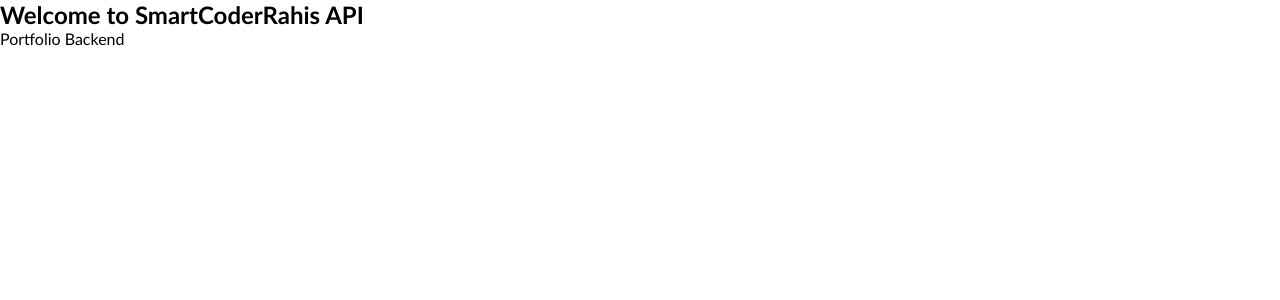
Repository: Rahis16/next_portfolio
Page: django_backend/portfolio/portfolioApp/templates/index.html
These files come from the project's save history. The page is drawn as it stood at one moment and after the next save; the edit follows.
The browser window is 1280 px wide. The pictures show the whole page.

Above is the page before, as saved 2025-06-25 13:12:50.

After the next save:
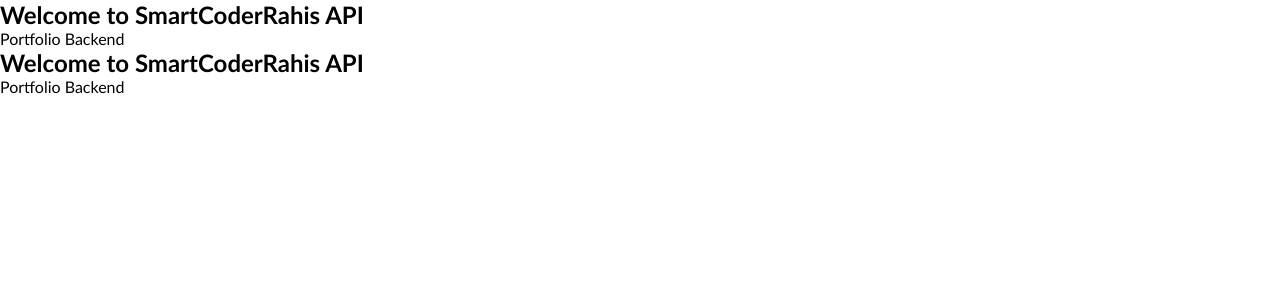
Saved 7 s later.
--- a/django_backend/portfolio/portfolioApp/templates/index.html
+++ b/django_backend/portfolio/portfolioApp/templates/index.html
@@ -1,3 +1,29 @@
+<!DOCTYPE html>
+<html lang="en">
+<head>
+    <meta charset="UTF-8">
+    <meta name="viewport" content="width=device-width, initial-scale=1.0">
+    <title>Document</title>
+    <style>
+        *{
+            padding: 0;
+            margin: 0;
+            box-sizing: border-box;
+            font-family: 'Gill Sans', 'Gill Sans MT', Calibri, 'Trebuchet MS', sans-serif;
+        }
+
+        body{
+
+        }
+    </style>
+</head>
+<body>
+    <section class="home">
+        <h1>Welcome to SmartCoderRahis API</h1>
+        <p>Portfolio Backend</p>
+    </section>
+</body>
+</html>
 <!DOCTYPE html>
 <html lang="en">
 <head>
